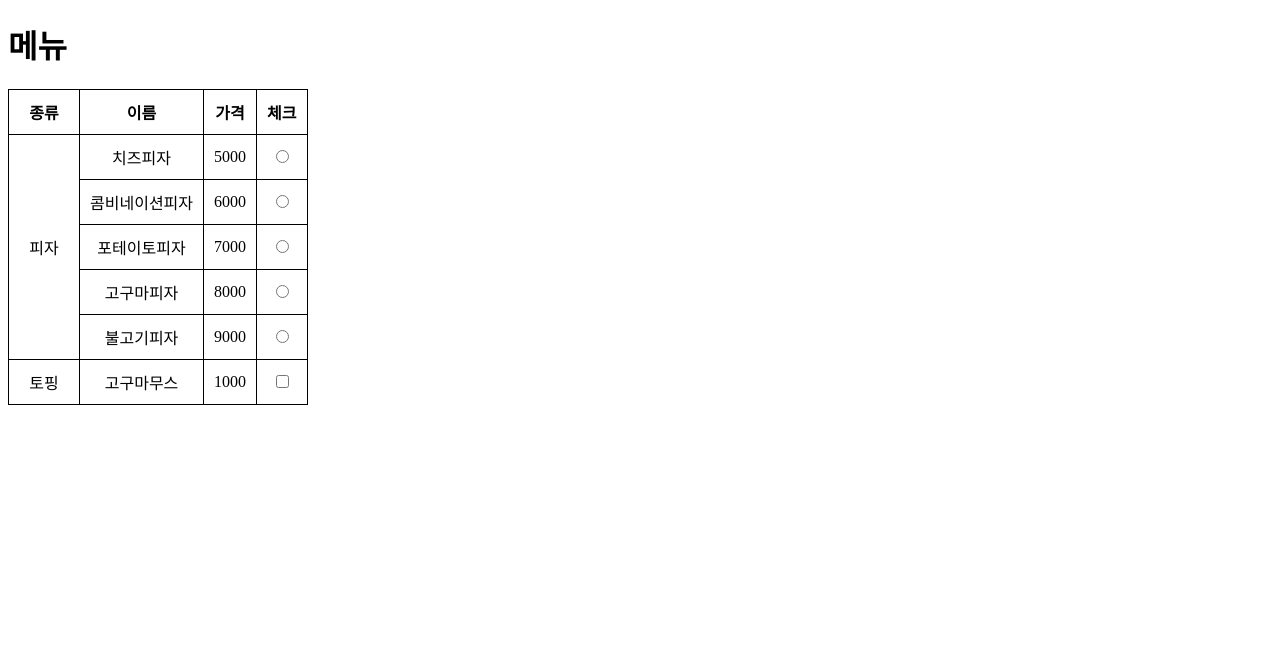
Repository: chuhj1226/servlet
Page: http://localhost/2_JSP/views/04_pizzaOrderForm.jsp
An editor plug-in stored every save of this project. The page is shown before and after the next save, followed by the edit.
The browser window is 1280 px wide. The pictures show the whole page.
The page is served by Tomcat 9.

Above is the page before, as saved 2021-10-05 10:24:07.

### workspace/2_JSP/WebContent/views/04_pizzaOrderForm.jsp
<%@ page language="java" contentType="text/html; charset=UTF-8"
    pageEncoding="UTF-8"%>
<!DOCTYPE html>
<html>
<head>
<meta charset="UTF-8">
<title>피자 주문하기</title>
<style>
	table {
		border : 1px solid black;
		border-collapse : collapse;
	}

	th, td {
		border : 1px solid black;
		padding : 10px;
		text-align : center;
	}
</style>
</head>
<body>
	<h1>메뉴</h1>
	<form action="/2_JSP/confirmPizza" method="post">
		<table>
			<tr>
				<th width="50">종류</th>
				<th>이름</th>
				<th>가격</th>
				<th>체크</th>
			</tr>
			<tr>
				<td rowspan="5">피자</td>
				<td>치즈피자</td>
				<td>5000</td>
				<td><input type="radio" name="pizza" value="치즈피자"></td>
			</tr>
			<tr>
				<td>콤비네이션피자</td>
				<td>6000</td>
				<td><input type="radio" name="pizza" value="콤비네이션피자"></td>
			</tr>
			<tr>
				<td>포테이토피자</td>
				<td>7000</td>
				<td><input type="radio" name="pizza" value="포테이토피자"></td>
			</tr>
				<tr>
				<td>고구마피자</td>
				<td>8000</td>
				<td><input type="radio" name="pizza" value="고구마피자"></td>
			</tr>
			<tr>
				<td>불고기피자</td>
				<td>9000</td>
				<td><input type="radio" name="pizza" value="불고기피자"></td>
			</tr>
			<tr>
				<td rowspan="6">토핑</td>
				<td>고구마무스</td>
				<td>1000</td>
				<td><input type="checkbox" name="topping" value="고구마무스"></td>
			</tr>
		</table>
	</form>

</body>
</html>

After the next save:
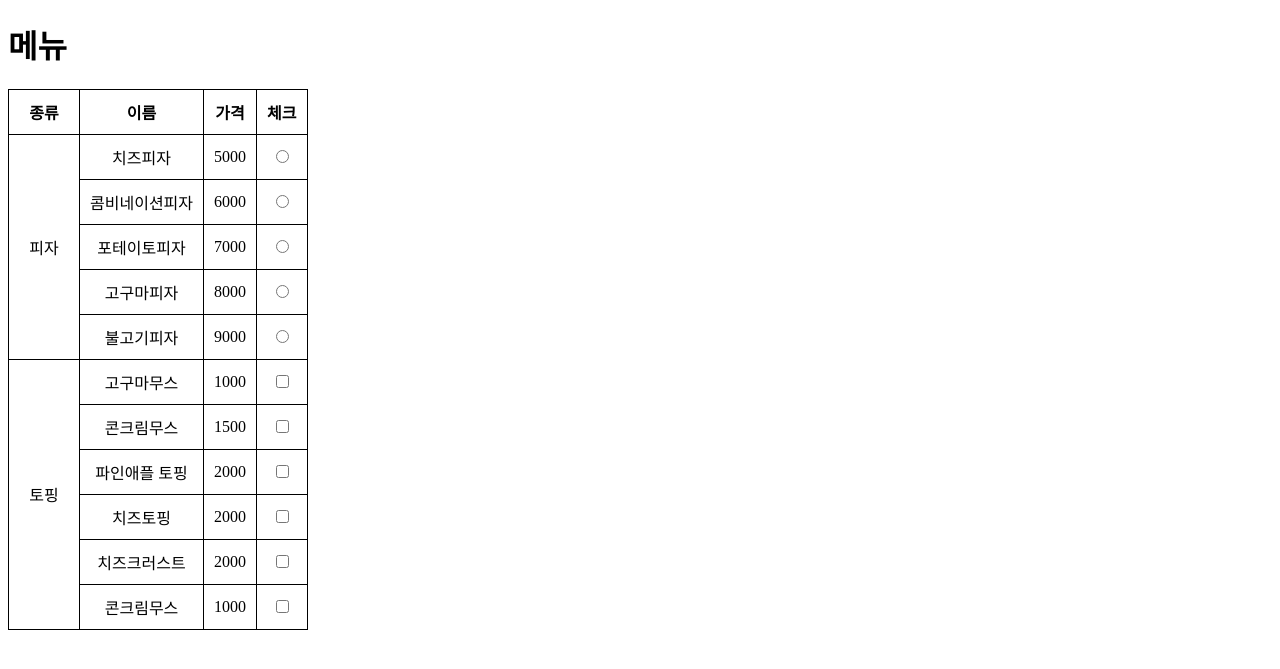
Saved 103 s later.
--- a/workspace/2_JSP/WebContent/views/04_pizzaOrderForm.jsp
+++ b/workspace/2_JSP/WebContent/views/04_pizzaOrderForm.jsp
@@ -60,6 +60,31 @@
 				<td>1000</td>
 				<td><input type="checkbox" name="topping" value="고구마무스"></td>
 			</tr>
+			<tr>
+				<td>콘크림무스</td>
+				<td>1500</td>
+				<td><input type="checkbox" name="topping" value="콘크림무스"></td>
+			</tr>
+			<tr>
+				<td>파인애플 토핑</td>
+				<td>2000</td>
+				<td><input type="checkbox" name="topping" value="파인애플 토핑"></td>
+			</tr>
+			<tr>
+				<td>치즈토핑</td>
+				<td>2000</td>
+				<td><input type="checkbox" name="topping" value="치즈토핑"></td>
+			</tr>
+			<tr>
+				<td>치즈크러스트</td>
+				<td>2000</td>
+				<td><input type="checkbox" name="topping" value="치즈크러스트"></td>
+			</tr>
+			<tr>
+				<td>콘크림무스</td>
+				<td>1000</td>
+				<td><input type="checkbox" name="topping" value="고구마무스"></td>
+			</tr>
 		</table>
 	</form>
 
